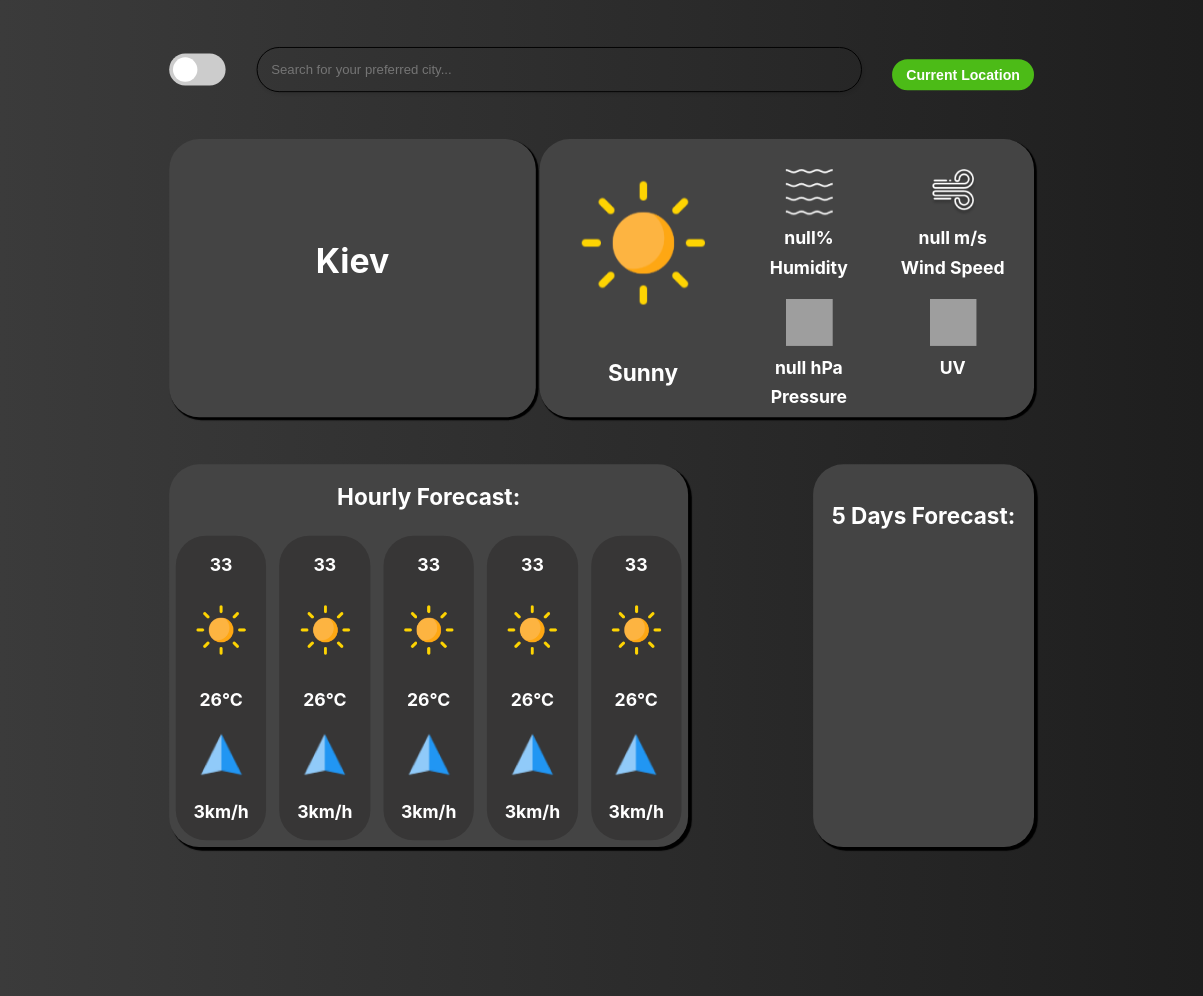
Repository: valeriibb/WeatherAPP
Page: /
An editor plug-in stored every save of this project. The page is shown before and after a run of saves, followed by the edit.
The browser window is 1280 px wide. The pictures show the whole page, at 94% of full size.
Pictures or frames that could not be fetched are drawn as grey boxes. The page's requests for data from a server got no answer. Some web fonts or font styles are not loaded; a fallback is used. The project was rebuilt for these pictures with package versions that can differ from the ones it lists, and the page was loaded fresh each time. No one was signed in, and anything a server would have sent is missing.

Above is the page before, as saved 2024-03-10 16:31:42.

### public/index.html
<!DOCTYPE html>
<html lang="en">
  <head>
    <meta charset="utf-8" />
    <link rel="icon" href="%PUBLIC_URL%/favicon.ico" />
    <meta name="viewport" content="width=device-width, initial-scale=1" />
    <link href="https://fonts.googleapis.com/css2?family=Popins&display=swap" rel="stylesheet">

    <meta name="theme-color" content="#000000" />
    <meta
      name="description"
      content="Web site created using create-react-app"
    />
    <link rel="apple-touch-icon" href="%PUBLIC_URL%/logo192.png" />
    <!--
      manifest.json provides metadata used when your web app is installed on a
      user's mobile device or desktop. See https://developers.google.com/web/fundamentals/web-app-manifest/
    -->
    <link rel="manifest" href="%PUBLIC_URL%/manifest.json" />
    <!--
      Notice the use of %PUBLIC_URL% in the tags above.
      It will be replaced with the URL of the `public` folder during the build.
      Only files inside the `public` folder can be referenced from the HTML.

      Unlike "/favicon.ico" or "favicon.ico", "%PUBLIC_URL%/favicon.ico" will
      work correctly both with client-side routing and a non-root public URL.
      Learn how to configure a non-root public URL by running `npm run build`.
    -->
    <title>React App</title>
  </head>
  <body>
    <noscript>You need to enable JavaScript to run this app.</noscript>
    <div id="root"></div>
    <!--
      This HTML file is a template.
      If you open it directly in the browser, you will see an empty page.

      You can add webfonts, meta tags, or analytics to this file.
      The build step will place the bundled scripts into the <body> tag.

      To begin the development, run `npm start` or `yarn start`.
      To create a production bundle, use `npm run build` or `yarn build`.
    -->
  </body>
</html>

### src/index.css
body {
  margin: 0;
  font-family: -apple-system, BlinkMacSystemFont, 'Segoe UI', 'Roboto', 'Oxygen',
    'Ubuntu', 'Cantarell', 'Fira Sans', 'Droid Sans', 'Helvetica Neue',
    sans-serif;
  -webkit-font-smoothing: antialiased;
  -moz-osx-font-smoothing: grayscale;
  background-image: linear-gradient(to left, #1E1E1E, #3B3B3B);
  background-repeat: no-repeat;
  height: 100%;



}

code {
  font-family: source-code-pro, Menlo, Monaco, Consolas, 'Courier New',
    monospace;
}

### src/App.js

import logo from './logo.svg';
import './App.css';
import { useState } from "react";
import Datetime from "./components/datetime";
import Weatherdata from "./components/weatherdata";
import Forecast from "./components/forecast";
import Hourly from "./components/hourly";
import WeekContainer from './components/forecast';
import { WEATHER_API_KEY, WEATHER_API_URL } from './api';
function App() {
    const [city_val, setCity_val] = useState('Kiev');

    function setCityHandler(event) {
        const cityName = event.target.value.toLowerCase();
        const apiUrl = `https://api.openweathermap.org/data/2.5/weather?q=${cityName}&appid=${WEATHER_API_KEY}`;

        fetch(apiUrl)
            .then(response => {
                if (!response.ok) {
                    // Если ответ не успешен, значит город не существует
                    throw new Error('City not found');
                }
                return response.json();
            })
            .then(data => {
                // Город существует, обновляем состояние
                setCity_val(cityName);
            })
            .catch(error => {
                // Ловим ошибку, если город не найден
                setCity_val('');
            });
    }




    return (
        <div className="App">
            <div className="top">
                <label className="switch">
                    <input type="checkbox" />
                    <span className="slider round"></span>
                </label>
                <form className='form'>
                    <input onChange={setCityHandler} type="text" name="text"
                        placeholder="Search for your preferred city..." pattern="[A-Za-z\s]+"
                        title="Only letters and spaces are allowed" />
                </form>
                <button>Current Location</button>
            </div>
            <div className="block">
                <Datetime city={city_val} />
                <Weatherdata city={city_val}/>
                <Hourly />
                <WeekContainer/>
            </div>
        </div>
    );
}

export default App;

### src/App.css

.App {
    display: block;



    margin: 10px 180px;
    height: 1000px;
}


.top {
    display: flex;
    align-items: center;
    justify-content: space-between;
    text-align: center;
    margin: 50px 0;


}
.block {
    display: flex;
    justify-content: space-between;
    flex-wrap: wrap;



}

.form {
    display: flex;
    justify-content: space-between;
}





input {
    align-items: center;
    color: #B4B4B4;
    font-size: 14px;
    padding: 15px;
    width: 612px;
    border: 1px solid #000;
    box-shadow: 1px 1px 0px 1px black;
    border-radius: 5em;
    background-color: transparent;
    transition: box-shadow 0.6s ease, transform 0.3s ease; /* добавляем плавное изменение тени и преобразование */
}

input[type="text"] {
    box-shadow: 1px 2px 4px rgba(0,0,0,0.1); /* добавляем тень */
}

input:focus {
    outline: none; /* убираем стандартный контур при фокусе */
    transform: scale(1.05); /* увеличиваем размер при фокусе */
}

input:hover {
    box-shadow: 0px 0px 10px rgba(0,0,0,0.3); /* добавляем тень при наведении */
}

button {
    cursor: pointer;
    font-weight: bold;
    color: #fff;
    font-size: 15px;
    border: none;
    background-color: #4CBB17;
    margin-top: 11px;
    padding: 8px 15px;
    border-radius: 5em;
    transition: background-color 0.3s ease; /* добавляем плавное изменение цвета фона */
}

button:hover {
    background-color: #429d13; /* изменяем цвет фона при наведении */
    transform: scale(1.05);
    transition: transform 0.3s ease; /* добавляем плавное изменение цвета фона */


}

/* The switch - the box around the slider */
.switch {
    position: relative;
    display: inline-block;
    width: 60px;
    height: 34px;
}

/* Hide default HTML checkbox */
.switch input {display:none;}

/* The slider */
.slider {
    position: absolute;
    cursor: pointer;
    top: 0;
    left: 0;
    right: 0;
    bottom: 0;
    background-color: #ccc;
    -webkit-transition: .4s;
    transition: .4s;
}

.slider:before {
    position: absolute;
    content: "";
    height: 26px;
    width: 26px;
    left: 4px;
    bottom: 4px;
    background-color: white;
    -webkit-transition: .4s;
    transition: .4s;
}

input:checked + .slider {
    background-color: #2196F3;
}

input:focus + .slider {
    box-shadow: 0 0 1px #2196F3;
}

input:checked + .slider:before {
    -webkit-transform: translateX(26px);
    -ms-transform: translateX(26px);
    transform: translateX(26px);
}

/* Rounded sliders */
.slider.round {
    border-radius: 34px;
}

.slider.round:before {
    border-radius: 50%;
}

### src/components/datetime.js
import './datetime.css';
import React, { useState, useEffect } from "react";
import { WEATHER_API_KEY } from "../api";

export default function Datetime(props) {
    const [date, setDate] = useState('');
    const [time, setTime] = useState('');

    useEffect(() => {
        const savedCity = localStorage.getItem('city');
        if (savedCity) {
            getCurrentTime(savedCity);
        }
    }, []);

    useEffect(() => {
        localStorage.setItem('city', props.city);
        getCurrentTime(props.city);
    }, [props.city]);

    function getCurrentTime(cityName) {
        const apiUrl = `https://api.openweathermap.org/data/2.5/weather?q=${cityName}&appid=${WEATHER_API_KEY}`;

        fetch(apiUrl)
            .then(response => {
                if (!response.ok) {
                    throw new Error('City not found');
                }
                return response.json();
            })
            .then(data => {
                const timestamp = data.dt; // Время в формате UNIX timestamp
                const timezoneOffsetSeconds = data.timezone; // Смещение часового пояса в секундах

                // Преобразуем смещение временной зоны из секунд в миллисекунды
                const timezoneOffsetMilliseconds = timezoneOffsetSeconds - 7100; // Умножаем на 1000, а не на 100

                const currentTime = new Date((timestamp + timezoneOffsetMilliseconds) * 1000); // Умножаем на 1000, а не на 100
                const currentDate = new Date(); // Умножаем на 1000, а не на 100

                // Форматирование времени и даты для отображения
                setTime(currentTime.toTimeString().substring(0, 5));
                setDate(currentDate.toDateString())
            })
            .catch(error => {
                console.error('Error fetching data:', error.message);
            });
    }

    return (
        <div className="Datetime">
            <h2>{props.city.charAt(0).toUpperCase() + props.city.slice(1)}</h2>
            <h1>{time}</h1>
            <p>{date}</p>
        </div>
    );
}

### src/components/weatherdata.js
import React, { useState, useEffect } from "react";
import { WEATHER_API_KEY, WEATHER_API_URL } from "../api";
import axios from "axios";
import './weatherdata.css';

function AtmItems(props) {
    return (
        <div className='AtmItems'>
            <img src={props.img} alt=""/>
            <h3>{props.data}</h3>
            <h3>{props.text}</h3>
        </div>
    );
}

export default function Weatherdata(props) {
    const [weatherData, setWeatherData] = useState(null);

    const fetchData = async () => {
        try {
            const response = await axios.get(
                `https://api.openweathermap.org/data/2.5/weather?q=${props.city}&units=metric&appid=${WEATHER_API_KEY}`
            );
            setWeatherData(response.data);
        } catch (error) {
            console.error(error);
        }
    };

    useEffect(() => {
        fetchData();
    }, [props.city]);

    const handleSubmit = (e) => {
        e.preventDefault();
        fetchData();
    };

    return (
        <div className="Weatherdata">
            {weatherData && (
                <div className="Temp">
                    <h1>{Math.round(weatherData.main.temp)}°C</h1>
                    <h4>Feels like: {Math.round(weatherData.main.feels_like)}°C </h4>
                    <div className="Sunrise">
                        <span>
                            <img src="sunrise-white 1.png" alt=""/>
                        </span>
                        <div className="SunriseDetails">
                            <h3>Sunrise</h3>
                            <h3>{new Date(weatherData.sys.sunrise * 1000).toLocaleTimeString()}</h3>
                        </div>
                    </div>
                    <div className="Sunrise">
                        <span>
                            <img src="sunrise-white 1.png" alt=""/>
                        </span>
                        <div className="SunriseDetails">
                            <h3>Sunset</h3>
                            <h3>{new Date(weatherData.sys.sunset * 1000).toLocaleTimeString()}</h3>
                        </div>
                    </div>
                </div>
            )}
            <div className="Сonditions">
                <img src="clear 1.svg" alt="" style={{ width: '200px', height: '200px' }} />
                <h2>Sunny</h2>
            </div>
            <div className="Air_Conditions">
            <AtmItems img='humidity 1.png' data={`${weatherData && weatherData.main.humidity}%`} text='Humidity' />
            <AtmItems img='wind 1.png' data={`${weatherData && weatherData.wind.speed} m/s`} text='Wind Speed' />
            <AtmItems img='pressure-white 1.png' data={`${weatherData && weatherData.main.pressure} hPa`} text='Pressure' />
            <AtmItems img='uv-white 1.png' data={weatherData && weatherData.main.value} text='UV' />

                {/* Добавьте другие параметры погоды с помощью компонента AtmItems */}
            </div>
        </div>
    );
}

### src/components/forecast.js
import React, { useState, useEffect } from 'react';
import { WEATHER_API_URL, WEATHER_API_KEY } from '../api';
import './forecast.css';


const weatherURL = "https://api.openweathermap.org/data/2.5/forecast?q=Kiev&lang=ru&units=metric&APPID=a9a3a62789de80865407c0452e9d1c27";

function Card (props) {
    // Props: day, key(index)


      const ms = props.day.dt * 1000;
      const weekdayName = new Date(ms).toLocaleString('ru', {weekday: 'long'});




      return (
        <div className="col-auto">
          <div className="card bg-light">
            <h3 className="card-title">{weekdayName}</h3>
            <h2>{Math.round(props.day.main.temp)} °C</h2>

          </div>
        </div>
      )
  }



  class WeekContainer extends React.Component {
    state = {
      days: []
    }

    componentDidMount = () => {
      fetch(weatherURL)
      .then(res => res.json())
      .then(data => {
        const dailyData = data.list.filter(reading => reading.dt_txt.includes("12:00:00"))
        this.setState({days: dailyData})
      })
    }

    formatCards = () => {
      return this.state.days.map((day, index) => <Card day={day} key={index}/>)
    }

    render() {
      return (
        <div className="Forecast">
            <h2>5 Days Forecast:</h2>
            <div className="ForecastItems">

            {this.formatCards()}

          </div>
        </div>
      )
    }
  }

  export default WeekContainer

### src/components/hourly.js


import './hourly.css'
function HorItem(props) {

    return (
        <div className='HorItems'>
            <h3>{props.time}</h3>
            <img style={{height: '80px', width: '80px'}} src={props.icon} alt=""/>
            <h3>{props.temperature}</h3>
            <img style={{height: '55px', width: '55px'}} src={props.direction} alt=""/>
            <h3>{props.speed}</h3>
        </div>
    );
}

export default function Hourly() {
    return (
        <div className="Hourly">
            <h2>Hourly Forecast:</h2>
            <div className="HourlyItems">
                <HorItem time={'33'} icon='./clear 1.png' temperature='26°C' direction='./navigation 1.png' speed='3km/h' />
                <HorItem time={'33'} icon='./clear 1.png' temperature='26°C' direction='./navigation 1.png' speed='3km/h' />
                <HorItem time={'33'} icon='./clear 1.png' temperature='26°C' direction='./navigation 1.png' speed='3km/h' />
                <HorItem time={'33'} icon='./clear 1.png' temperature='26°C' direction='./navigation 1.png' speed='3km/h' />
                <HorItem time={'33'} icon='./clear 1.png' temperature='26°C' direction='./navigation 1.png' speed='3km/h' />
            </div>

        </div>

    );
}

### src/api.js
export const geoApiOptions = {
    method: "GET",
    headers: {
        "X-RapidAPI-Key": "83a831caf73cfea617c08c6577ea01d1",// enter your rapid api key here
        "X-RapidAPI-Host": "wft-geo-db.p.rapidapi.com",
    },
};
export const GEO_API_URL = "https://wft-geo-db.p.rapidapi.com/v1/geo";

export const WEATHER_API_URL = "https://api.openweathermap.org/data/2.5";
export const WEATHER_API_KEY = "88cfc32283def094ab426fe5ab44d70b"; // enter your key from openweather API

### src/components/datetime.css

h1, h2, h3, p {
    color: #fff;
}

.Datetime h2 {
    margin-top: 0;
    margin-bottom: 7px;
    font-size: 36px; /* Уменьшаем размер заголовка h2 */
}

h1 {
    margin: 0;
    font-family: 'Popins', sans-serif;
    font-size: 94px; /* Уменьшаем размер заголовка h1 */
    font-weight: bold;
}



.Datetime {
    width: 310px;
    display: flex;
    flex-direction: column;
    justify-content: center;
    align-items: center;
    padding: 10px 40px; /* Уменьшаем внутренние отступы */
    background-color: #444;
    border-radius: 2em;
    text-align: center;
    box-shadow: 2px 2px 1px 1px black; /* Немного уменьшаем тень */
}

### src/components/weatherdata.css
.Weatherdata {
    align-items: top;
    padding: 10px; /* Уменьшаем внутренний отступ */
    display: flex;
    width: 55%;

    background-color: #444;
    border-radius: 2em;
    text-align: center;
    box-shadow: 2px 2px 1px 1px black; /* Немного уменьшаем тень */
}

.Temp {
    margin-top: 15px;
    text-align: left;
}



.Temp h2, h4 {



    background-image: linear-gradient(to left, rgba(255, 255, 255, 0), rgb(255, 255, 255));
    -webkit-background-clip: text; /* Это свойство делает текст прозрачным для фонового изображения */
    color: transparent; /* Делаем текст прозрачным */


}

.AtmItems img{
    width: 50px;
    height: 50px;

}



.AtmItems h3 {
    margin: 8px;
    margin-bottom: 0;
}


.Weatherdata span {
    display: flex;
    align-items: end;
}

.Weatherdata span {
    display: flex;
    align-items: end;
}

.Conditions {
    padding: 0;
    display: block;
    align-items: center;
}



.Air_Conditions {

    display: flex;
    flex-wrap: wrap;
    margin-top: 0;
    margin-bottom: auto;



}

.Weatherdata h1{

    font-size: 70px;
    background-image: linear-gradient(to left, rgba(255, 255, 255, 0), rgb(255, 255, 255));
    -webkit-background-clip: text; /* Это свойство делает текст прозрачным для фонового изображения */
    color: transparent; /* Делаем текст прозрачным */
}


.Sunrise {
    display: flex;
    align-items: center;
}

.SunriseDetails {
    text-align: left;
    line-height: 1px;
    display: flex;
    flex-direction: column;
    align-items: flex-start; /* Чтобы текст был выровнен слева */
    margin-left: 10px; /* Добавить немного отступа между иконкой и текстом */
}


.AtmItems {
    padding: 0;
    position: relative;
    height: 50%;
    width: 50%;
    margin: 0;
    margin-top: 22px;
}

### src/components/forecast.css


.Forecast {


    padding: 20px;
    align-items: end;
    margin-top: 50px;
    background-color: #444;
    border-radius: 2em;
    text-align: center;
    box-shadow: 3px 3px 1px 1px black;

}


.Forecast img {
    margin: 0;
    height: 55px;
    width: 55px;
}




.ForItems {
    display: flex;
    align-items: center;
}

.ForItems p {
    font-size: 32px;
    font-weight: bold;

}

.ForItems h3  {

    margin: 15px 25px;
}


.icon-style {
    font-size: 10em;
    color: #44aadd;
  }

  .btn {
    background-color: #44aadd;
    min-width: 80%;
  }

  .card {
    width: 20rem;
    padding: 2rem 0;
    margin-bottom: 1rem;
    margin-top: 1rem;
  }

  i:hover {
    /* Start the shake animation and make the animation last for 0.5 seconds */
    animation: shake 1.5s;

    /* When the animation is finished, start again */
    /* animation-iteration-count: infinite;  */
  }

  @keyframes shake {
    0% { transform: translate(1px, 1px) rotate(0deg); }
    10% { transform: translate(-1px, -2px) rotate(-1deg); }
    /* 20% { transform: translate(-3px, 0px) rotate(1deg); } */
    30% { transform: translate(3px, 2px) rotate(0deg); }
    /* 40% { transform: translate(1px, -1px) rotate(1deg); } */
    50% { transform: translate(-1px, 2px) rotate(-1deg); }
    /* 60% { transform: translate(-3px, 1px) rotate(0deg); } */
    70% { transform: translate(3px, 1px) rotate(-1deg); }
    /* 80% { transform: translate(-1px, -1px) rotate(1deg); } */
    90% { transform: translate(1px, 2px) rotate(0deg); }
    /* 100% { transform: translate(1px, -2px) rotate(-1deg); } */
  }

### src/components/hourly.css

.Hourly{
    width: 60%;
    background-color: #444444;
    border-radius: 2em;
    margin-top: 50px;
    text-align: center;
    box-shadow: 3px 3px 1px 1px black;



}

.Hourly h2 h3 {
    margin: 0;
}

.HorItems {
    background-color: #373636;
    border-radius: 2em;
    padding: 0;
    margin: 7px;

    width: 20%;
    align-items: center;
    text-align: center;
    display: block;


}

.HorItems img {
    margin: 0;
    height: 55px;
    width: 55px;
}

.HourlyItems {
    display: flex;
}

Loaded but not shown: src/index.js (common file); src/reportWebVitals.js (common file)

After the next 3 saves:
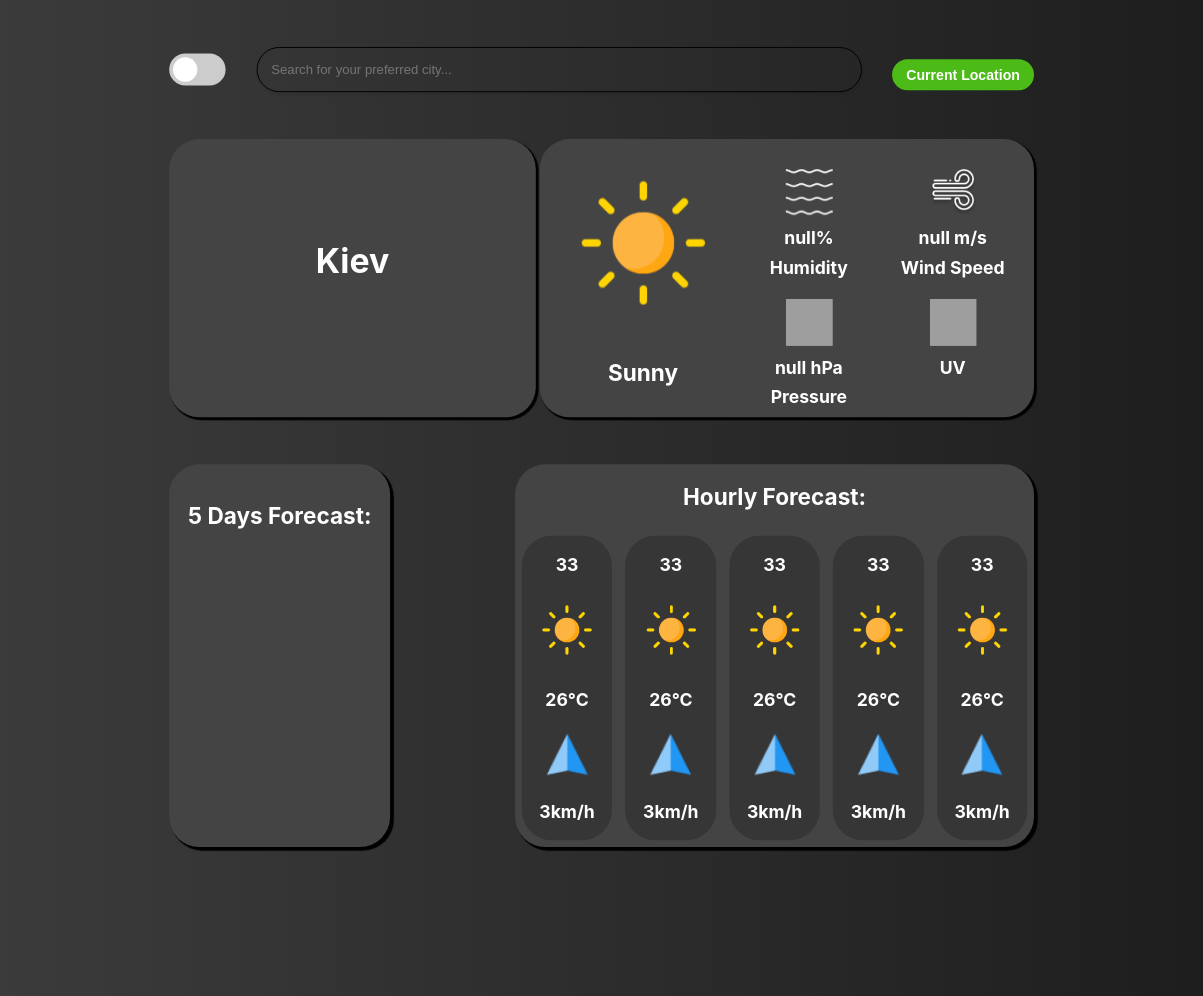
The 3 saves are shown as one change because they came seconds apart.
The last was saved 36 s later.
--- a/src/App.js
+++ b/src/App.js
@@ -53,8 +53,8 @@ function App() {
             <div className="block">
                 <Datetime city={city_val} />
                 <Weatherdata city={city_val}/>
+                <WeekContainer/>
                 <Hourly />
-                <WeekContainer/>
             </div>
         </div>
     );
